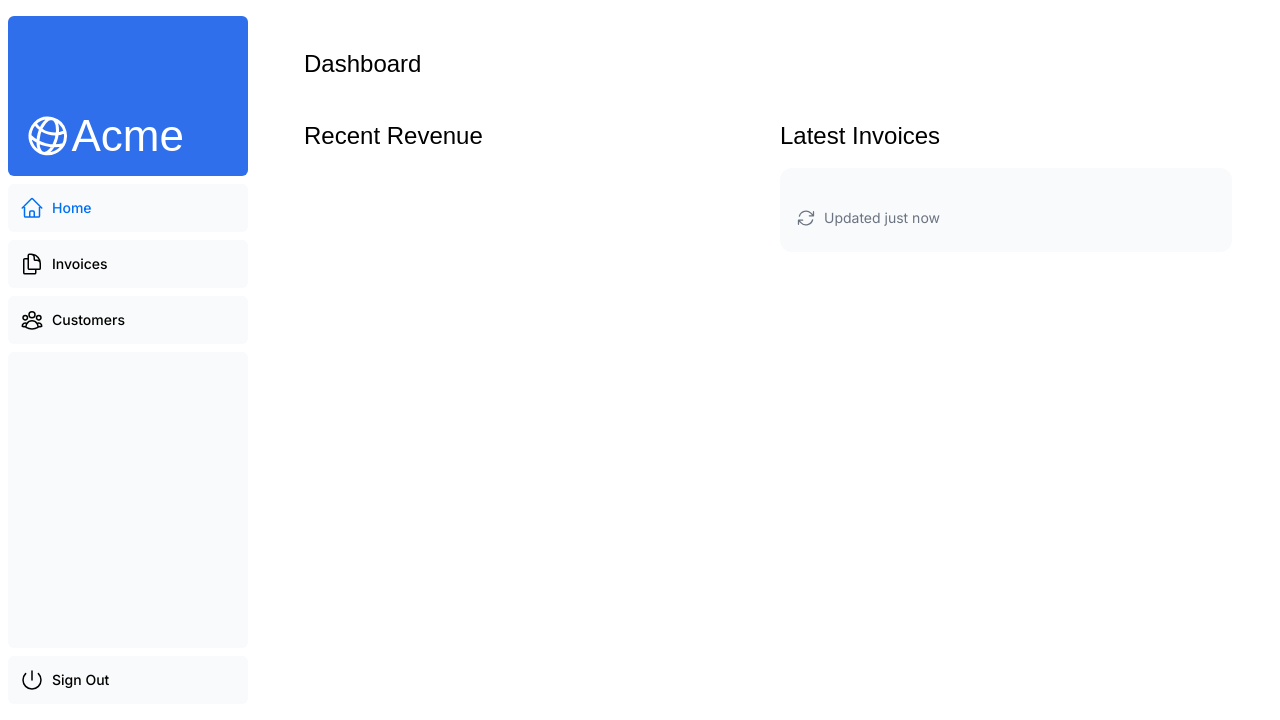
Repository: EverChan6/nextjs-blog
Page: /dashboard
An editor plug-in stored every save of this project. The page is shown before and after the next save, followed by the edit.
The browser window is 1280 px wide. The pictures show the whole page.
Some web fonts or font styles are not loaded; a fallback is used. The project was rebuilt for these pictures with package versions that can differ from the ones it lists, and the page was loaded fresh each time. The framework's server and built-in components were replaced by stand-ins that run in the browser. Also part of the build but not shown: next.config.ts, app/ui/skeletons.tsx.

Above is the page before, as saved 2025-09-15 16:59:30.

### app/dashboard/(overview)/page.tsx
import { Card } from '@/app/ui/dashboard/cards';
import RevenueChart from '@/app/ui/dashboard/revenue-chart';
import LatestInvoices from '@/app/ui/dashboard/latest-invoices';
import { lusitana } from '@/app/ui/fonts';
import { Suspense } from 'react';
import CardWrapper from '@/app/ui/dashboard/cards';
import {
  RevenueChartSkeleton,
  LatestInvoicesSkeleton,
  CardsSkeleton,
} from '@/app/ui/skeletons';

export default async function Page() {
  return (
    <main>
      <h1 className={`${lusitana.className} mb-4 text-xl md:text-2xl`}>
        Dashboard
      </h1>
      <div className="grid gap-6 sm:grid-cols-2 lg:grid-cols-4">
        <Suspense fallback={<CardsSkeleton />}>
          <CardWrapper />
        </Suspense>
      </div>
      <div className="mt-6 grid grid-cols-1 gap-6 md:grid-cols-4 lg:grid-cols-8">
        <Suspense fallback={<RevenueChartSkeleton />}>
          <RevenueChart />
        </Suspense>
        <Suspense fallback={<LatestInvoicesSkeleton />}>
          <LatestInvoices />
        </Suspense>
      </div>
    </main>
  );
}

### app/ui/fonts.ts
import { Inter, Lusitana } from 'next/font/google';

export const inter = Inter({
  subsets: ['latin'],
});

export const lusitana = Lusitana({
  subsets: ['latin'],
  weight: ['400', '700'],
});

### app/ui/dashboard/sidenav.tsx
import Link from 'next/link';
import NavLinks from '@/app/ui/dashboard/nav-links';
import AcmeLogo from '@/app/ui/acme-logo';
import { PowerIcon } from '@heroicons/react/24/outline';

export default function SideNav() {
  return (
    <div className="flex h-full flex-col px-3 py-4 md:px-2">
      <Link
        className="mb-2 flex h-20 items-end justify-start rounded-md bg-blue-600 p-4 md:h-40"
        href="/"
      >
        <div className="w-32 text-white md:w-40">
          <AcmeLogo />
        </div>
      </Link>
      <div className="flex grow flex-row justify-between space-x-2 md:flex-col md:space-x-0 md:space-y-2">
        <NavLinks />
        <div className="hidden h-auto w-full grow rounded-md bg-gray-50 md:block"></div>
        <form>
          <button className="flex h-[48px] w-full grow items-center justify-center gap-2 rounded-md bg-gray-50 p-3 text-sm font-medium hover:bg-sky-100 hover:text-blue-600 md:flex-none md:justify-start md:p-2 md:px-3">
            <PowerIcon className="w-6" />
            <div className="hidden md:block">Sign Out</div>
          </button>
        </form>
      </div>
    </div>
  );
}

### app/ui/dashboard/revenue-chart.tsx
import { generateYAxis } from '@/app/lib/utils';
import { CalendarIcon } from '@heroicons/react/24/outline';
import { lusitana } from '@/app/ui/fonts';
import { Revenue } from '@/app/lib/definitions';

// This component is representational only.
// For data visualization UI, check out:
// https://www.tremor.so/
// https://www.chartjs.org/
// https://airbnb.io/visx/

export default async function RevenueChart({
  revenue,
}: {
  revenue: Revenue[];
}) {
  const chartHeight = 350;
  // NOTE: Uncomment this code in Chapter 7

  // const { yAxisLabels, topLabel } = generateYAxis(revenue);

  // if (!revenue || revenue.length === 0) {
  //   return <p className="mt-4 text-gray-400">No data available.</p>;
  // }

  return (
    <div className="w-full md:col-span-4">
      <h2 className={`${lusitana.className} mb-4 text-xl md:text-2xl`}>
        Recent Revenue
      </h2>
      {/* NOTE: Uncomment this code in Chapter 7 */}

      {/* <div className="rounded-xl bg-gray-50 p-4">
        <div className="sm:grid-cols-13 mt-0 grid grid-cols-12 items-end gap-2 rounded-md bg-white p-4 md:gap-4">
          <div
            className="mb-6 hidden flex-col justify-between text-sm text-gray-400 sm:flex"
            style={{ height: `${chartHeight}px` }}
          >
            {yAxisLabels.map((label) => (
              <p key={label}>{label}</p>
            ))}
          </div>

          {revenue.map((month) => (
            <div key={month.month} className="flex flex-col items-center gap-2">
              <div
                className="w-full rounded-md bg-blue-300"
                style={{
                  height: `${(chartHeight / topLabel) * month.revenue}px`,
                }}
              ></div>
              <p className="-rotate-90 text-sm text-gray-400 sm:rotate-0">
                {month.month}
              </p>
            </div>
          ))}
        </div>
        <div className="flex items-center pb-2 pt-6">
          <CalendarIcon className="h-5 w-5 text-gray-500" />
          <h3 className="ml-2 text-sm text-gray-500 ">Last 12 months</h3>
        </div>
      </div> */}
    </div>
  );
}

### app/ui/dashboard/latest-invoices.tsx
import { ArrowPathIcon } from '@heroicons/react/24/outline';
import clsx from 'clsx';
import Image from 'next/image';
import { lusitana } from '@/app/ui/fonts';
import { LatestInvoice } from '@/app/lib/definitions';
export default async function LatestInvoices({
  latestInvoices,
}: {
  latestInvoices: LatestInvoice[];
}) {
  return (
    <div className="flex w-full flex-col md:col-span-4">
      <h2 className={`${lusitana.className} mb-4 text-xl md:text-2xl`}>
        Latest Invoices
      </h2>
      <div className="flex grow flex-col justify-between rounded-xl bg-gray-50 p-4">
        {/* NOTE: Uncomment this code in Chapter 7 */}

        {/* <div className="bg-white px-6">
          {latestInvoices.map((invoice, i) => {
            return (
              <div
                key={invoice.id}
                className={clsx(
                  'flex flex-row items-center justify-between py-4',
                  {
                    'border-t': i !== 0,
                  },
                )}
              >
                <div className="flex items-center">
                  <Image
                    src={invoice.image_url}
                    alt={`${invoice.name}'s profile picture`}
                    className="mr-4 rounded-full"
                    width={32}
                    height={32}
                  />
                  <div className="min-w-0">
                    <p className="truncate text-sm font-semibold md:text-base">
                      {invoice.name}
                    </p>
                    <p className="hidden text-sm text-gray-500 sm:block">
                      {invoice.email}
                    </p>
                  </div>
                </div>
                <p
                  className={`${lusitana.className} truncate text-sm font-medium md:text-base`}
                >
                  {invoice.amount}
                </p>
              </div>
            );
          })}
        </div> */}
        <div className="flex items-center pb-2 pt-6">
          <ArrowPathIcon className="h-5 w-5 text-gray-500" />
          <h3 className="ml-2 text-sm text-gray-500 ">Updated just now</h3>
        </div>
      </div>
    </div>
  );
}

### app/ui/dashboard/cards.tsx
import {
  BanknotesIcon,
  ClockIcon,
  UserGroupIcon,
  InboxIcon,
} from '@heroicons/react/24/outline';
import { lusitana } from '@/app/ui/fonts';

const iconMap = {
  collected: BanknotesIcon,
  customers: UserGroupIcon,
  pending: ClockIcon,
  invoices: InboxIcon,
};

export default async function CardWrapper() {
  return (
    <>
      {/* NOTE: Uncomment this code in Chapter 9 */}

      {/* <Card title="Collected" value={totalPaidInvoices} type="collected" />
      <Card title="Pending" value={totalPendingInvoices} type="pending" />
      <Card title="Total Invoices" value={numberOfInvoices} type="invoices" />
      <Card
        title="Total Customers"
        value={numberOfCustomers}
        type="customers"
      /> */}
    </>
  );
}

export function Card({
  title,
  value,
  type,
}: {
  title: string;
  value: number | string;
  type: 'invoices' | 'customers' | 'pending' | 'collected';
}) {
  const Icon = iconMap[type];

  return (
    <div className="rounded-xl bg-gray-50 p-2 shadow-sm">
      <div className="flex p-4">
        {Icon ? <Icon className="h-5 w-5 text-gray-700" /> : null}
        <h3 className="ml-2 text-sm font-medium">{title}</h3>
      </div>
      <p
        className={`${lusitana.className}
          truncate rounded-xl bg-white px-4 py-8 text-center text-2xl`}
      >
        {value}
      </p>
    </div>
  );
}

### app/ui/dashboard/nav-links.tsx
'use client';

import {
  UserGroupIcon,
  HomeIcon,
  DocumentDuplicateIcon,
} from '@heroicons/react/24/outline';
import Link from 'next/link';
import { usePathname } from 'next/navigation';
import clsx from 'clsx';

// Map of links to display in the side navigation.
// Depending on the size of the application, this would be stored in a database.
const links = [
  { name: 'Home', href: '/dashboard', icon: HomeIcon },
  {
    name: 'Invoices',
    href: '/dashboard/invoices',
    icon: DocumentDuplicateIcon,
  },
  { name: 'Customers', href: '/dashboard/customers', icon: UserGroupIcon },
];

export default function NavLinks() {
  const pathname = usePathname();
  return (
    <>
      {links.map((link) => {
        const LinkIcon = link.icon;
        return (
          <Link
            key={link.name}
            href={link.href}
            className={clsx(
              'flex h-[48px] grow items-center justify-center gap-2 rounded-md bg-gray-50 p-3 text-sm font-medium hover:bg-sky-100 hover:text-blue-600 md:flex-none md:justify-start md:p-2 md:px-3',
              {
                'bg-blue-100 text-blue-500': pathname === link.href,
              }
            )}
          >
            <LinkIcon className="w-6" />
            <p className="hidden md:block">{link.name}</p>
          </Link>
        );
      })}
    </>
  );
}

Loaded but not shown: app/layout.tsx (common file); app/dashboard/layout.tsx (common file); app/ui/global.css (common file); app/ui/acme-logo.tsx (common file); tailwind.config.ts (common file)

After the next save:
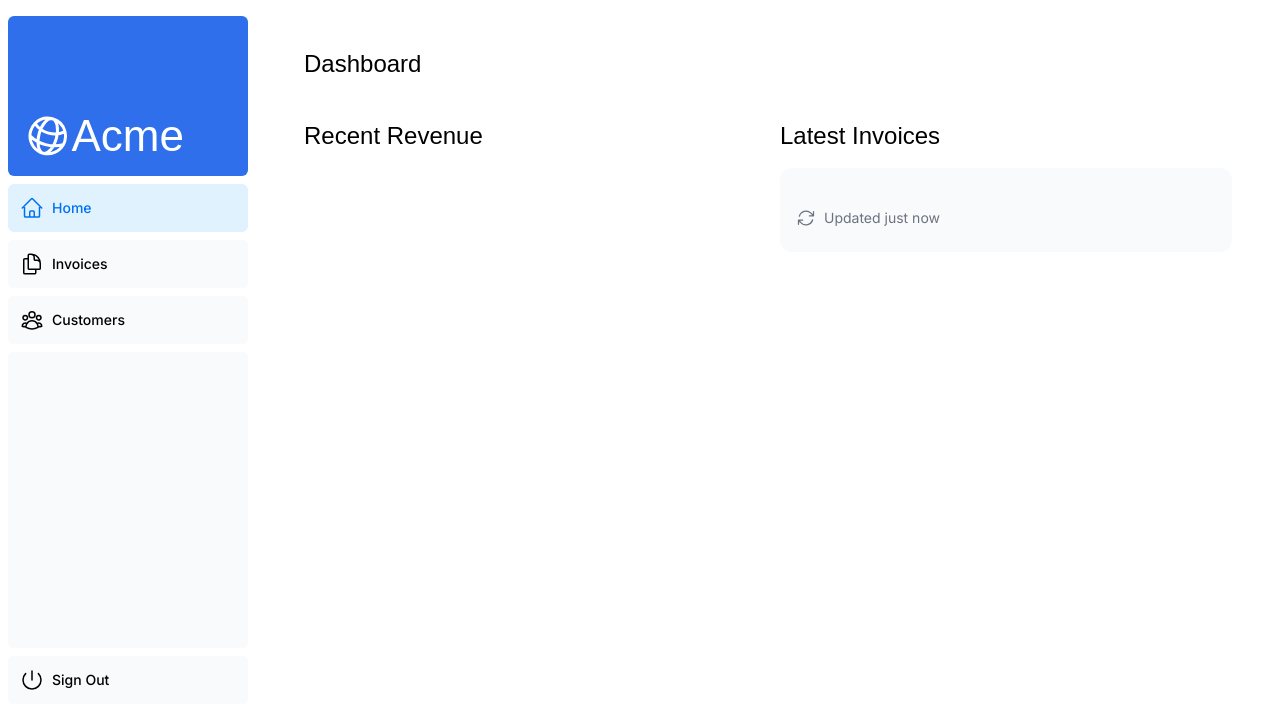
Saved 31 s later.
--- a/app/ui/dashboard/nav-links.tsx
+++ b/app/ui/dashboard/nav-links.tsx
@@ -34,7 +34,7 @@
             className={clsx(
               'flex h-[48px] grow items-center justify-center gap-2 rounded-md bg-gray-50 p-3 text-sm font-medium hover:bg-sky-100 hover:text-blue-600 md:flex-none md:justify-start md:p-2 md:px-3',
               {
-                'bg-blue-100 text-blue-500': pathname === link.href,
+                'bg-sky-100 text-blue-500': pathname === link.href,
               }
             )}
           >
